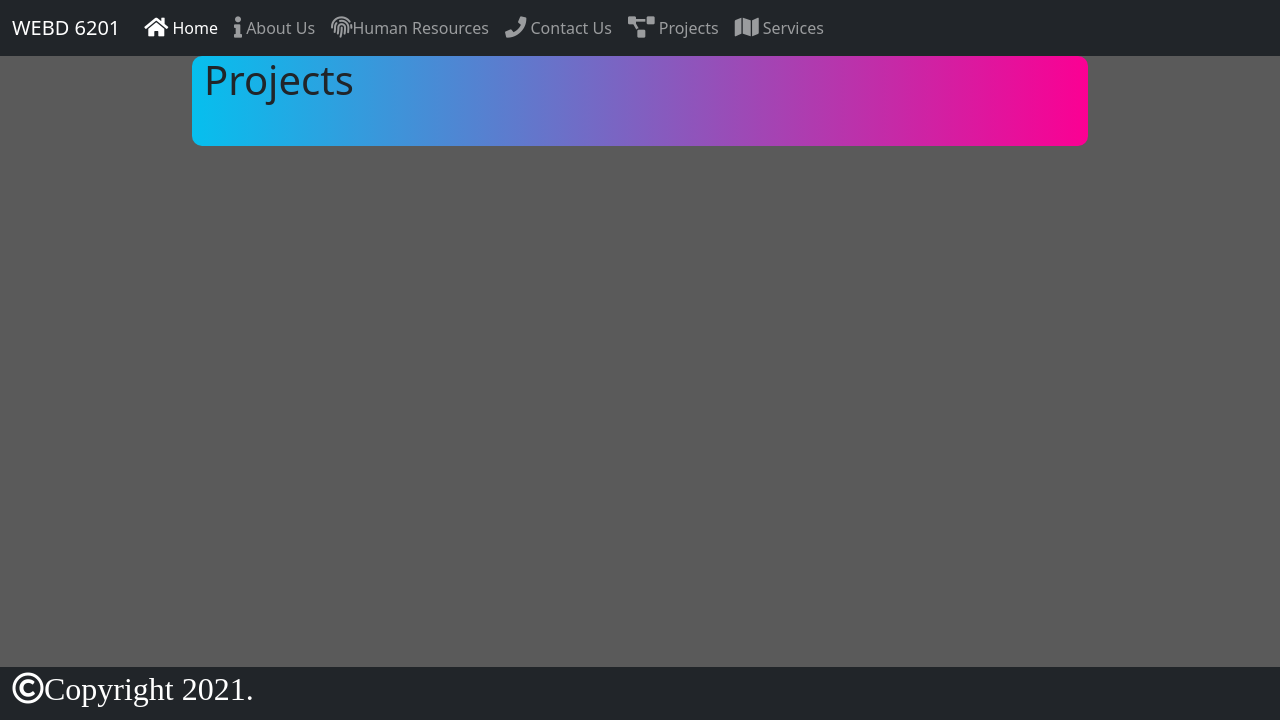
Repository: vans12345678/WEBD6201-W2021-Week3
Page: projects.html
These files come from the project's save history. The page is drawn as it stood at one moment and after the next save; the edit follows.
The browser window is 1280 px wide. The pictures show the whole page.

Above is the page before, as saved 2021-01-28 22:15:40.
Console error: TypeError: Cannot read properties of null (reading 'appendChild')

### projects.html
<!DOCTYPE html>
<html lang="en">
<head>
    <meta charset="UTF-8">
    <meta name="viewport" content="width=device-width, initial-scale=1.0">
    <title>Projects</title>

    <!-- CSS Section -->
    <link rel="stylesheet" href="./node_modules/bootstrap/dist/css/bootstrap.min.css">
    <link rel="stylesheet" href="./node_modules/@fortawesome/fontawesome-free/css/all.min.css">
    <link rel="stylesheet" href="./Content/app.css">
</head>
<body>
  <!-- Main Header -->
    <header>
      <!-- Main Navigation -->
        <nav class="navbar navbar-expand-lg navbar-dark bg-dark">
            <div class="container-fluid">
              <a class="navbar-brand" href="index.html">WEBD 6201</a>
              <button class="navbar-toggler" type="button" data-bs-toggle="collapse" data-bs-target="#navbarSupportedContent" aria-controls="navbarSupportedContent" aria-expanded="false" aria-label="Toggle navigation">
                <span class="navbar-toggler-icon"></span>
              </button>
              <div class="collapse navbar-collapse" id="navbarSupportedContent">
                <ul class="navbar-nav me-auto mb-2 mb-lg-0">
                  <li class="nav-item">
                    <a class="nav-link active" aria-current="page" href="index.html"><i class="fas fa-home fa-lg"></i> Home</a>
                  </li>
                  <li class="nav-item">
                    <a class="nav-link" aria-current="page" href="about.html"><i class="fas fa-info fa-lg"></i> About Us</a>
                  </li>
                  <li class="nav-item">
                    <a class="nav-link" aria-current="page" href="human-resources.html"><i class="fas fa-fingerprint fa-lg"></i>Human Resources</a>
                  </li>
                  <li class="nav-item">
                    <a class="nav-link" aria-current="page" href="contact.html"><i class="fas fa-phone fa-lg"></i> Contact Us</a>
                  </li>
                  <li class="nav-item">
                    <a class="nav-link" aria-current="page" href="projects.html"><i class="fas fa-project-diagram fa-lg"></i> Projects</a>
                  </li>
                  <li class="nav-item">
                    <a class="nav-link" aria-current="page" href="services.html"><i class="fas fa-map fa-lg"></i> Services</a>
                  </li>
                </ul>
              </div>
            </div>
          </nav>
    </header>
    <!-- Main Contents -->
    <main>
        <h1 class ="container">Projects</h1>
        <h1 id="p1"></h1>
        </br>
        <p id="p1Description"></p>
    </main>
    <p></p>
    <!-- Main Footer -->
    <footer>
      <nav class="navbar fixed-bottom navbar-dark bg-dark">
          <div class="container-fluid">
              <h4><i class="far fa-copyright fa-lg site-footer">Copyright 2021.</i></h4>
          </div>
        </nav>
  </footer>
    <!-- Script Section -->
    <script src="./node_modules/jquery/dist/jquery.min.js"></script>
    <script src="./node_modules/bootstrap/dist/js/bootstrap.bundle.min.js"></script>
    <script src="./Scripts/app.js"></script>
</body>
</html>

### Content/app.css
/* custom css goes here */
.Vapor {
    background-image: url('../images/vapor.jpg');
    background-repeat: no-repeat;
    background-attachment: fixed;
    background-size: 100% 100%;
  }
  body
  {
    background-color: rgb(90, 90, 90);
  }
  h1.container{
    border-radius: 10px;
    width: 70%;
    height: 90px;
    margin: 0px auto;
    background: linear-gradient(90deg,#06bfee,#fb0093)
  }
  h1.projects{
    background-color: white;
  }
  .contact-table{
    width: 100%;
    margin:  50px auto;
    background-color: white;
  }
  .contact-form
  {
    width: 100%;
    margin:  100px auto;
  }
  .warnMessage
  {
    width: 90%;
    margin:  50px;
  }
  .site-footer {
    color:white;
  }

### Scripts/app.js
/* Custom JavaScript goes here */

//IIFE - Immediately Invoked Function Expression
//AKA - Anonymous Self-Executing Function
//Closure - limits scope leak

"use strict";


(function(){

    function displayHome()
    {

        let introText = "This is a simple site to demonstrate the specified requirements for Lab 1 WEBD 6201 - Client Side Scripting";
        let introTextElement = document.getElementById("introParagraph");

        introTextElement.textContent = introText;
        introTextElement.className = "fs-5 fw-bold text-center";

        mainContent.innerHTML =
        `<h1 id = "firstHeading">Welcome to WEBD6201 - Lab 1</h1>
        <p id = "paragraphOne" class = "fs-3 fw-bold">This is my first paragraph</p>
        `;

    }
    function displayAbout()
    {

    }
    function displayProjects()
    {
        let p1Text = "Project One: COBOL Item List";
        let p1TextElement = document.getElementById("p1");
        let p1Description = "This project reads records from a .dat file, performs calculations on the data" +
                                    " then outputs it to a .out file neatly formatted.";
        let p1DescriptionElement = document.getElementById("p1Description");

        var img = document.createElement("img");
        img.src = "../images/vapor.jpg";
        var src = document.getElementById("p1image");
        src.appendChild(img);

        p1TextElement.textContent = p1Text;
        p1DescriptionElement.textContent = p1Description;

        p1DescriptionElement.className = "fs-5 fw-bold text-left";
        p1TextElement.className = "fs-5 fw-bold text-left";
    }
    function displayServices()
    {

    }
    function displayContact()
    {

        let messageArea = document.getElementById("messageArea");
        messageArea.hidden = true;

        //form validation
        let fullName = document.getElementById("fullName");
        fullName.addEventListener("blur", function()
        {
            if(fullName.value.length < 2)
            {
                fullName.focus();
                fullName.select();
                messageArea.hidden = false;
                messageArea.className = "alert alert-danger warnMessage";
                messageArea.textContent = "Please enter an appropriate name > 2 characters";
            }
            else
            {
                messageArea.removeAttribute("class");
                messageArea.hidden = true;
            }
        });
            let sendButton = document.getElementById("sendButton");
            sendButton.addEventListener("click", function(event)
            {
                //event.preventDefault();
                // //Displays twice?

                let contact = new Contact(fullName.value,contactNumber.value, emailAddress.value);

                //console.log(contact.serialize());
                if(contact.serialize())
                {
                    localStorage.setItem((localStorage.length + 1).toString(),contact.serialize());
                }
            });
    }
    function displayContactList()
    {
        if(localStorage.length > 0)
        {
            let contactList = document.getElementById("contactList");
            let data = "";

            for (let index = 0; index < localStorage.length; index++)
            {
                let contactData = localStorage.getItem((index + 1).toString());
                let contact = new Contact();

                contact.deserialize(contactData);

                data += `<tr>
                <th scope="row">${index + 1}</th>
                <td>${contact.FullName}</td>
                <td>${contact.ContactNumber}</td>
                <td>${contact.EmailAddress}</td>
              </tr>`;
            }
            contactList.innerHTML = data;
        }

    }

    function Start()
    {
        console.log("App Started...");

        switch(document.title)
        {
            case "Index":
                displayHome();
                break;
            case "About":
                displayAbout();
                break;
            case "Projects":
                displayProjects();
                break;
            case "Services":
                displayServices();
                break;
            case "Contact Us":
                displayContact();
                break;
            case "Contact-List":
                displayContactList();
                break;
        }


    }

    window.addEventListener("load", Start);

})();

Loaded but not shown: node_modules/bootstrap/dist/css/bootstrap.min.css (library); node_modules/@fortawesome/fontawesome-free/css/all.min.css (library); node_modules/jquery/dist/jquery.min.js (library); node_modules/bootstrap/dist/js/bootstrap.bundle.min.js (library)

After the next save:
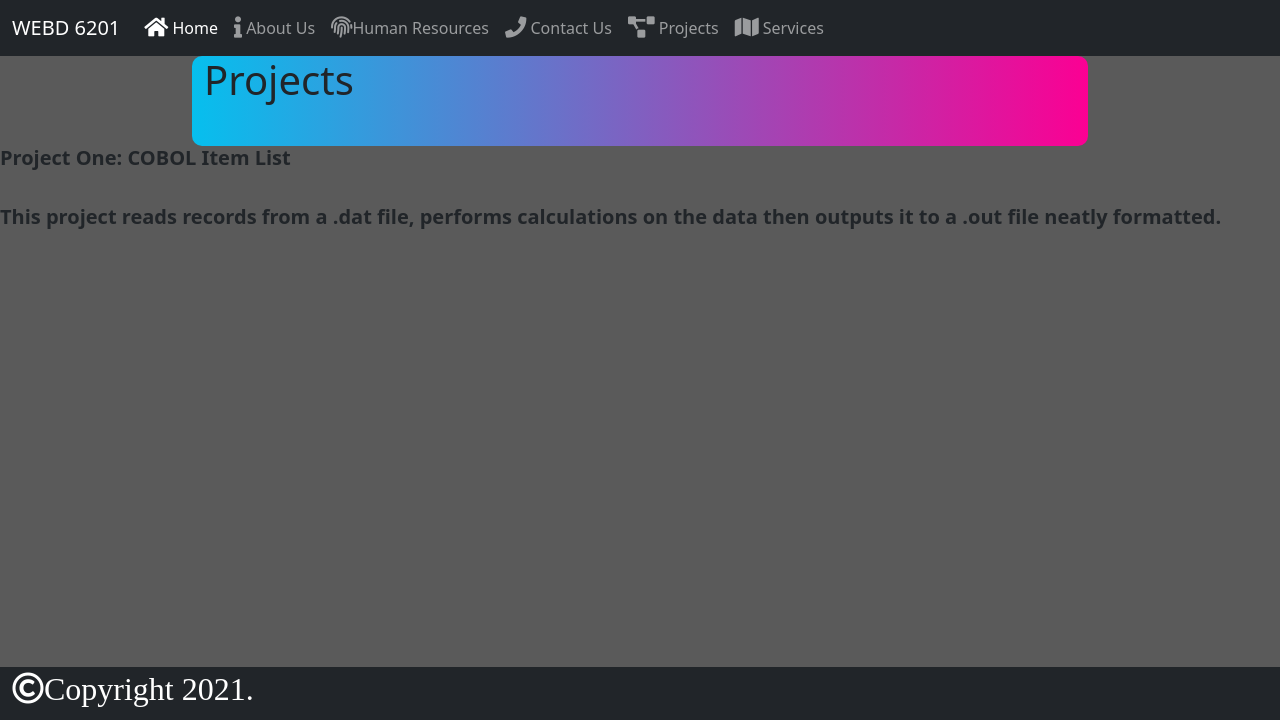
The error is gone.
Saved 55 s later.
--- a/Scripts/app.js
+++ b/Scripts/app.js
@@ -36,10 +36,10 @@
                                     " then outputs it to a .out file neatly formatted.";
         let p1DescriptionElement = document.getElementById("p1Description");
 
-        var img = document.createElement("img");
-        img.src = "../images/vapor.jpg";
-        var src = document.getElementById("p1image");
-        src.appendChild(img);
+        // var img = document.createElement("img");
+        // img.src = "../images/vapor.jpg";
+        // var src = document.getElementById("p1image");
+        // src.appendChild(img);
 
         p1TextElement.textContent = p1Text;
         p1DescriptionElement.textContent = p1Description;
